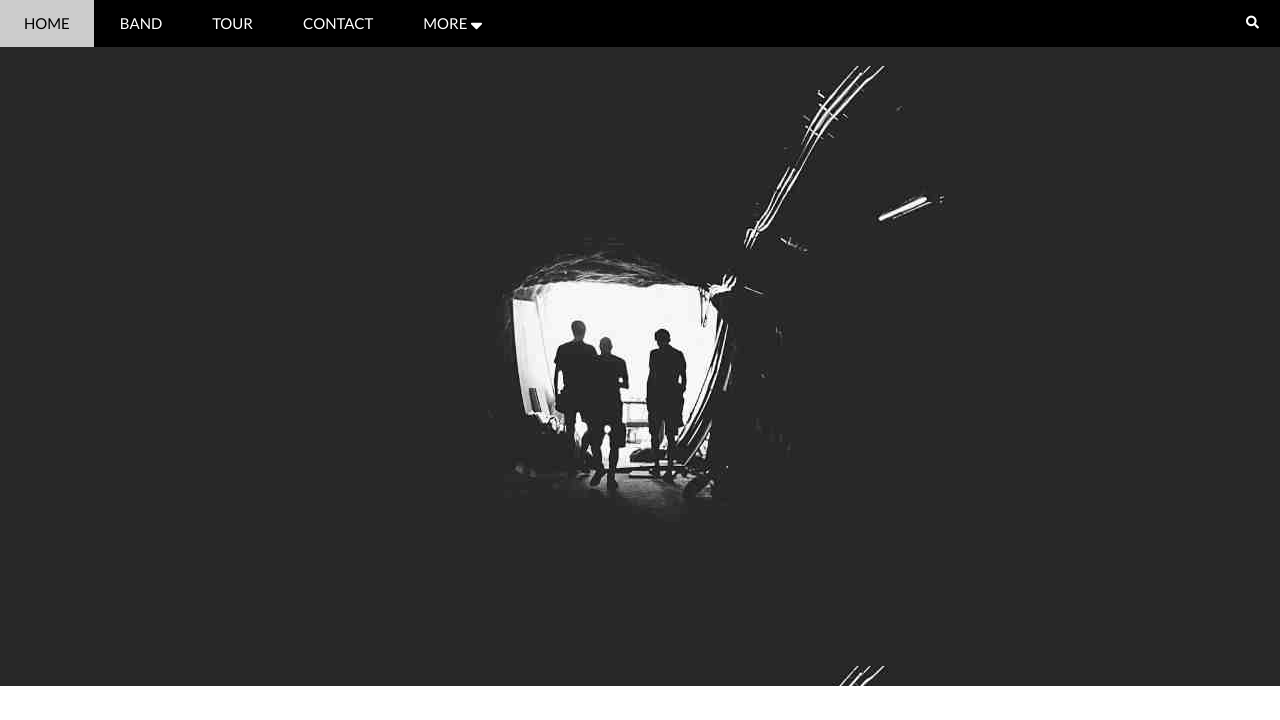
Repository: nguyenthaicong265/w3-band
Page: index.html
An editor plug-in stored every save of this project. The page is shown before and after the next save, followed by the edit.
The browser window is 1280 px wide. The pictures show the whole page.

Above is the page before, as saved 2021-12-28 16:00:59.

After the next save:
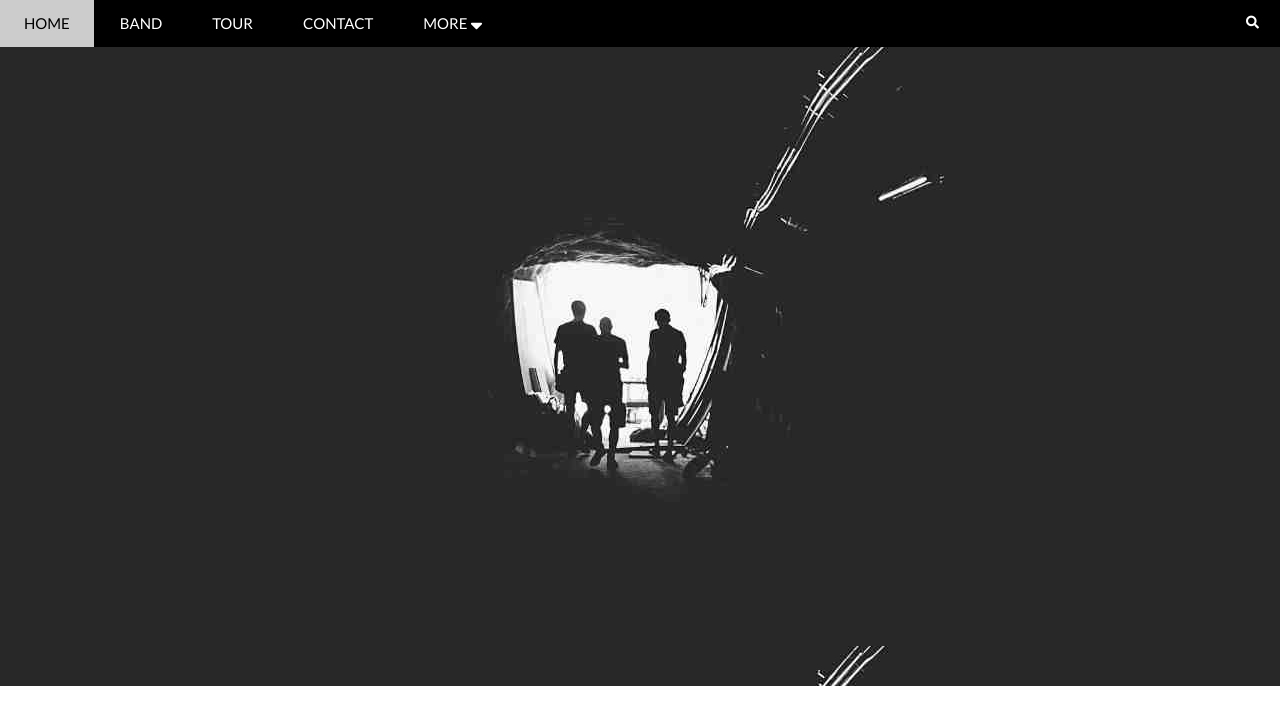
Saved 21 s later.
--- a/assets/css/styles.css
+++ b/assets/css/styles.css
@@ -99,7 +99,7 @@ html {
 #slider {
     margin-top: 46px;
     padding-top: 50%;
-    background: url(/assets/img/slider/slider1.jpg) center ;
+    background: url(/assets/img/slider/slider1.jpg) top center ;
 }
 
 #content {
